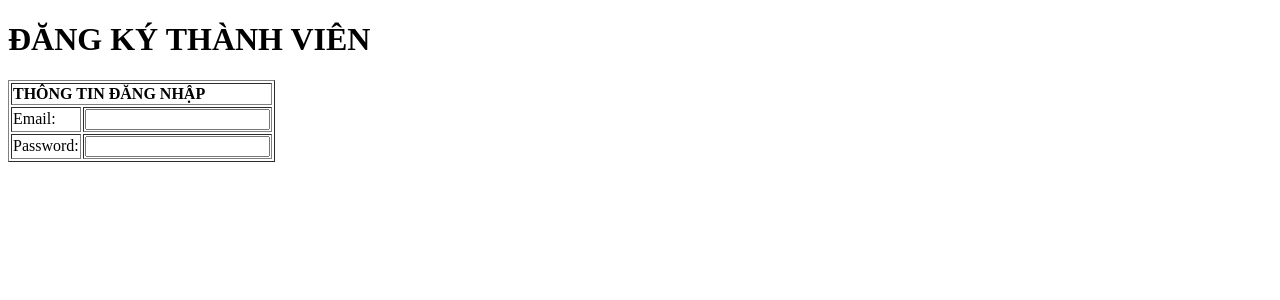
Repository: PhiKhongHoang/JSP-Servlet
Page: Bai2_HTML/src/main/webapp/register.html
These files come from the project's save history. The page is drawn as it stood at one moment and after the next save; the edit follows.
The browser window is 1280 px wide. The pictures show the whole page.

Above is the page before, as saved 2024-02-16 09:34:32.

After the next save:
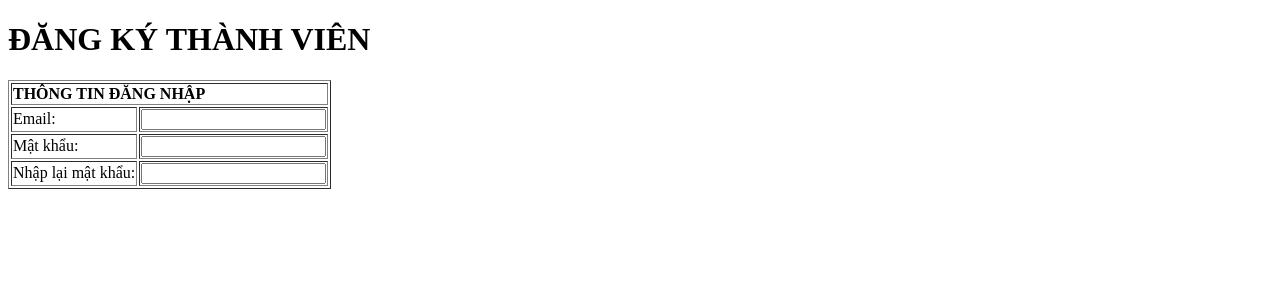
Saved 3 min 35 s later.
--- a/Bai2_HTML/src/main/webapp/register.html
+++ b/Bai2_HTML/src/main/webapp/register.html
@@ -16,8 +16,12 @@
 				 <td><input type="email" name="email" id="idEmail"></td>
 			</tr>
 			<tr>
-				<td>Password:</td>
+				<td>Mật khẩu:</td>
 				 <td><input type="password" name="password" id="idPassword"></td>
+			</tr>
+			<tr>
+				<td>Nhập lại mật khẩu:</td>
+				 <td><input type="password" name="re_password" id="idRe_Password"></td>
 			</tr>
 		</tbody>
 	</table>
